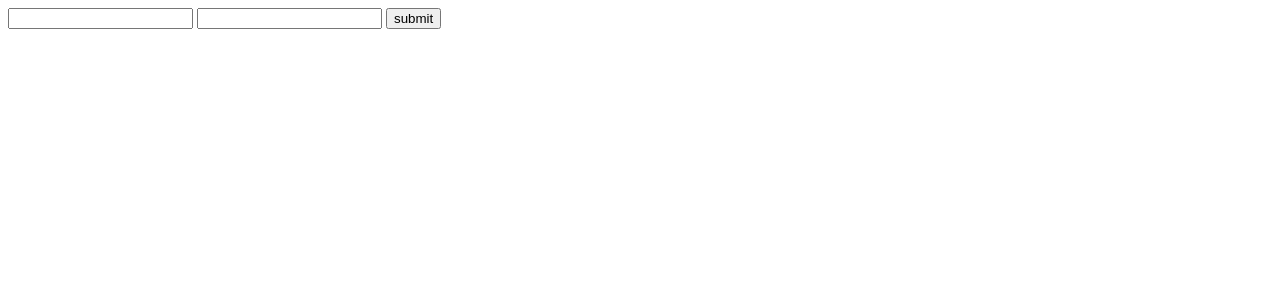
Repository: alejandropiuryp/clinica
Page: http://localhost/XE/login.php
These files come from the project's save history. The page is drawn as it stood at one moment and after the next save; the edit follows.
The browser window is 1280 px wide. The pictures show the whole page.
The page is run by PHP 8.4 with error messages shown; the project is at /var/www/html/.

Above is the page before, as saved 2020-05-10 14:21:06.

After the next save:
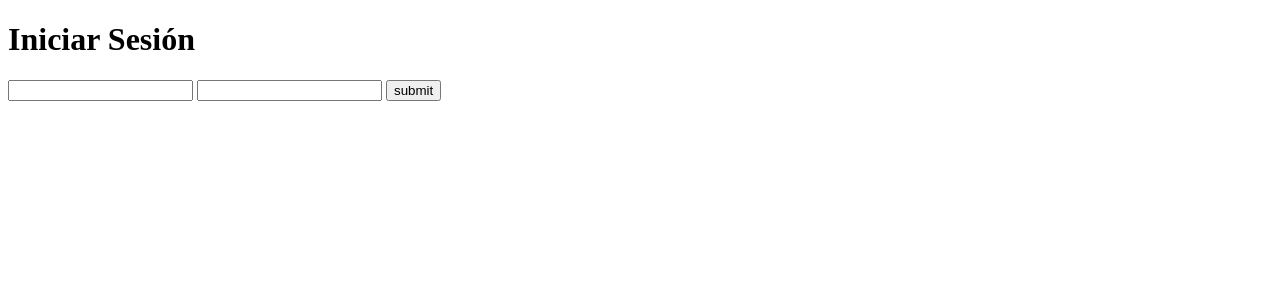
Saved 20 s later.
--- a/ClinicaReconocimiento/login.php
+++ b/ClinicaReconocimiento/login.php
@@ -9,6 +9,7 @@
 
 	<body>
 		<form action="login.php" method="post">
+			<h1>Iniciar Sesión</h1>
 			<input type="text" name="email" id="email" />
 			<input type="password" name="pass" id="pass" />
 			<input type="submit" name="submit" value="submit" />
